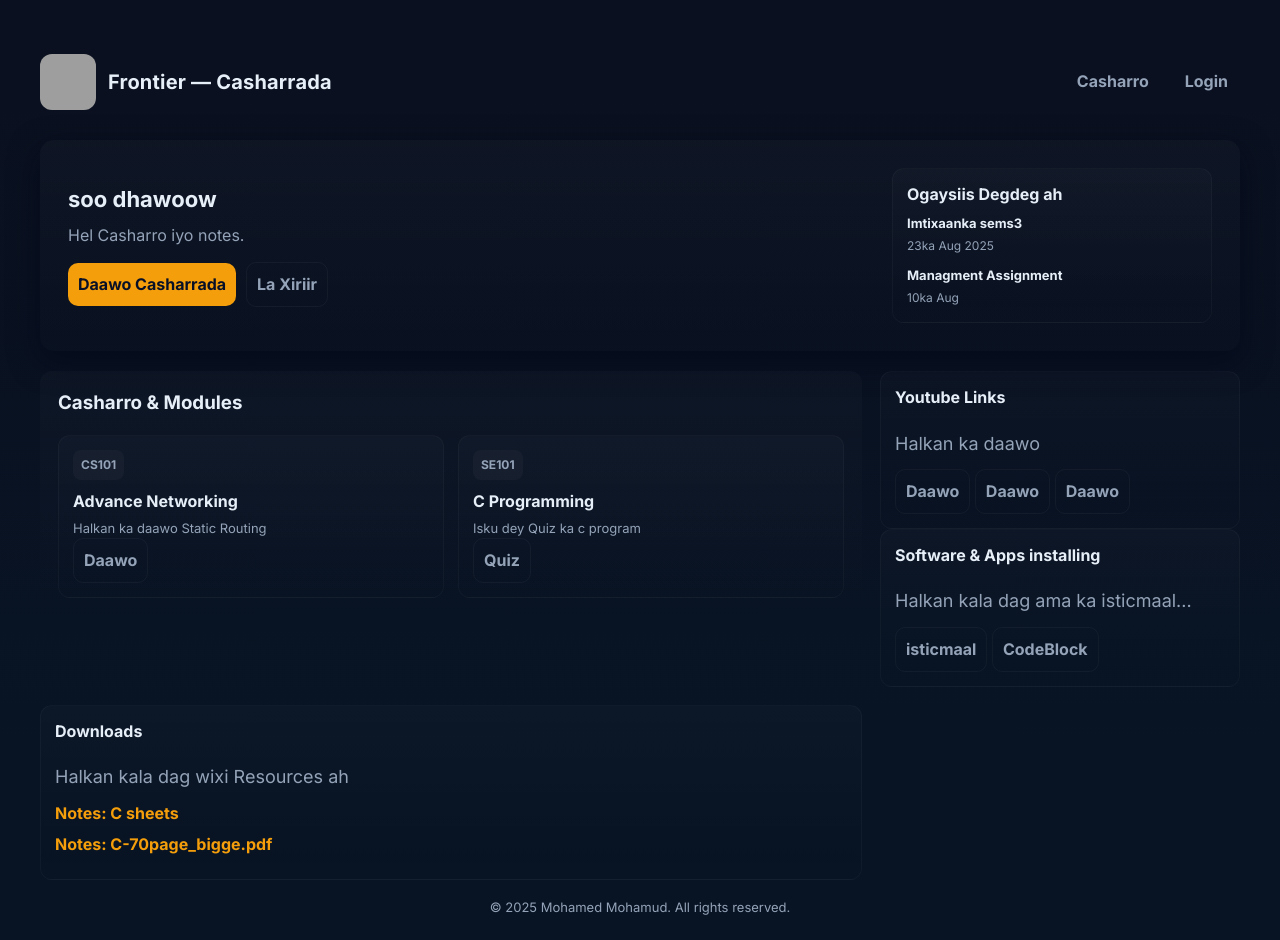
Repository: mrfiiqane/Al-Tacaawun.com
Page: index.html
The author's editor kept a copy of each file at every save. The page is drawn from the files as they stood at one save, then again after the next save.
The browser window is 1280 px wide. The pictures show the whole page.
Pictures or frames that could not be fetched are drawn as grey boxes.

Above is the page before, as saved 2025-08-12 09:02:01.

### index.html
<!doctype html>
<html lang="en">
<head>
  <meta charset="utf-8" />
  <meta name="viewport" content="width=device-width,initial-scale=1" />
  <title>Jaamacadda — Casharrada</title>
  <link rel="stylesheet" href="./style.css">

  <!-- Google Font (optional) -->
  <link href="https://fonts.googleapis.com/css2?family=Inter:wght@300;400;600;700&display=swap" rel="stylesheet">

</head>
<body>
  <div class="wrap">

    <header>
      <div class="brand">
        <div class="logo"></div>
        <div>
          <h1 class="site-title">Frontier — Casharrada</h1>
        </div>
      </div>

      <nav aria-label="Primary">
        <a href="#courses">Casharro</a>
        <a href="./Singin.html">Login</a>
      </nav>
    </header>

    <section class="hero">
      <div class="hero-left">

        <h2>soo dhawoow</h2>
        <p>Hel Casharro iyo notes.</p>

        <div class="cta-row">
          <a class="btn" href="#courses">Daawo Casharrada</a>
          <a class="btn secondary" href="#contact">La Xiriir</a>
        </div>
      </div>

      <div class="hero-right card">
        <h4 style="margin:0 0 8px 0">Ogaysiis Degdeg ah</h4>
        <ul class="ann-list">
          <li class="ann"><div><b>Imtixaanka sems3</b><small> 23ka Aug 2025</small></div></li>
          <li class="ann"><div><b>Managment Assignment</b><small> 10ka Aug</small></div></li>
        </ul>
      </div>
    </section>

    <div class="grid">
      <main>
        <!-- Courses -->
        <div id="courses" class="section">
          <h3 style="margin-top:0">Casharro & Modules</h3>
          <div class="courses">
            <article class="course">
              <span class="code">CS101</span>
              <h3>Advance Networking</h3>
              <p>Halkan ka daawo Static Routing</p>
              <a class="btn secondary" href="https://youtu.be/i_kWL7zncr0?si=UCBDJ3CswC6rXT9E" >Daawo</a>
            </article>
            <article class="course">
              <span class="code">SE101</span>
              <h3>C Programming</h3>
              <p>Isku dey Quiz ka c program</p>
              <a class="btn secondary" href="https://quiz-with-c.vercel.app/" >Quiz</a>
            </article>



          </div>
        </div>



      </main>

      <!-- Sidebar -->
      <aside>
        <div class="card">
          <h4 style="margin-top:0">Youtube Links</h4>
          <p class="site-sub">Halkan ka daawo</p>
          <ul style="margin:12px 0 0 0; padding:0; list-style:none;">
            <a class="btn secondary" href="https://youtu.be/eYBJgoVVvV4" >Daawo</a>
            <a class="btn secondary" href="https://youtu.be/OuTGAZUUJFI" >Daawo</a>
            <a class="btn secondary" href="https://youtu.be/sqkx3KoNXKo" >Daawo</a>
          </ul>
        </div>
        <div class="card">
          <h4 style="margin-top:0">Software & Apps installing</h4>
          <p class="site-sub">Halkan kala dag ama ka isticmaal...</p>
          <ul style="margin:12px 0 0 0; padding:0; list-style:none;">
            <a class="btn secondary" href="https://www.programiz.com/c-programming/online-compiler/" >isticmaal</a>
            <a class="btn secondary" href="https://sourceforge.net/projects/codeblocks/files/Binaries/25.03/Windows/codeblocks-25.03mingw-setup.exe/download" >CodeBlock</a>

          </ul>
        </div>

      </aside>
      <aside>
        <div class="card">
          <h4 style="margin-top:0">Downloads</h4>
          <p class="site-sub">Halkan kala dag wixi Resources ah</p>
          <ul style="margin:12px 0 0 0; padding:0; list-style:none;">
            <li style="margin-bottom:8px"><a href="./images/cheat_sheet_c.pdf" download="" style="color:var(--accent); text-decoration:none; font-weight:700">Notes: C sheets</a></li>
            <li style="margin-bottom:8px"><a href="./images/C-70page-begginers.pdf" download="" style="color:var(--accent); text-decoration:none; font-weight:700">Notes: C-70page_bigge.pdf</a></li>
          </ul>
        </div>

      </aside>
    </div>

    <footer>
      © <span id="year"></span> 2025 Mohamed Mohamud. All rights reserved.
    </footer>

  </div>

</body>
</html>

### style.css
:root{
      --bg:#0f1724;
      --card:#0b1220;
      --accent:#F59E0B;
      --muted:#94a3b8;
      --glass: rgba(255,255,255,0.04);
      --radius:14px;
      --maxw:1200px;
      font-family: "Inter", system-ui, -apple-system, "Segoe UI", Roboto, "Helvetica Neue", Arial;
    }
    *{box-sizing:border-box}
    html,body{
      height:80%
      width:80%
    }
    body{
      margin:0;
      background: linear-gradient(180deg,#0a101f 10%, #081424 80%);
      color:#e6eef8;
      -webkit-font-smoothing:antialiased;
      -moz-osx-font-smoothing:grayscale;  /* //waa maxay */
      line-height:1.45;
      padding:24px;
      display:flex;
      justify-content:center;
    }
    .wrap{
      width:100%;
      max-width:var(--maxw);

    }

    /* Header */
    header{
      display:flex;
      align-items:center;
      justify-content:space-between;
      gap:16px;
      margin: 30px auto;
    }
    .brand{
      display:flex;
      align-items:center;
      gap:12px;
    }
    .logo{
      background-image: url('https://encrypted-tbn0.gstatic.com/images?q=tbn:ANd9GcTuMOF6fEdt8Zlo2HOTVPE4MufJVdZzyfTKlA&s');
      background-size:cover;
      background-position:center;
      background-repeat:no-repeat;
      width:56px;
      height:56px;
      border-radius:12px;
      display:flex;
      align-items:center;
      justify-content:center;
      font-weight:700;
      font-size:20px;
    }
    h1.site-title{
      margin:0;
      font-size:20px;
      letter-spacing:0.2px;
    }
    p.site-sub{ margin:0; color:var(--muted); font-size:18px }

    nav{
      display:flex;
      gap:12px;
      align-items:center;
    }
    nav a{
      color:var(--muted);
      text-decoration:none;
      font-weight:800;
      padding:8px 12px;
      border-radius:10px;
    }
    nav a:hover{ color:#fff; background:var(--glass) }

    /* Hero */
    .hero{
      background: linear-gradient(180deg, rgba(255,255,255,0.02), transparent);
      border-radius: var(--radius);
      padding:28px;
      display:flex;
      gap:24px;
      align-items:center;
      margin-bottom:20px;
      box-shadow: 0 10px 30px rgba(2,6,23,0.6);
    }
    .hero-left{flex:1}
    .hero-right{ width:320px; min-width:220px }
    .hero h2{ margin:0 0 8px 0; font-size:22px }
    .hero p{ margin:0 0 14px 0; color:var(--muted) }

    .cta-row{ display:flex; gap:10px; align-items:center }
    .btn{
      background:var(--accent);
      color:#081028;
      padding:10px;
      border-radius:10px;
      font-weight:700;
      border:none;
      cursor:pointer;
      text-decoration:none;
      display:inline-block;
    }
    .btn.secondary{
      background:transparent;
      color:var(--muted);
      border:1px solid rgba(255,255,255,0.04);
    }

    /* Grid */
    .grid{
      display:grid;
      gap:18px;
      grid-template-columns: 1fr 360px;
    }

    /* Main content */
    main{ background:transparent }
    .section{
      background: linear-gradient(180deg, rgba(255,255,255,0.02), transparent);
      padding:18px;
      border-radius:12px;
      margin-bottom:16px;
    }

    /* Courses */
    .courses{
      display:grid;
      grid-template-columns: repeat(auto-fit,minmax(230px,1fr));
      gap:14px;
    }
    .course{
      background:linear-gradient(180deg, rgba(255,255,255,0.02), transparent);
      padding:14px;
      border-radius:12px;
      border:1px solid rgba(255,255,255,0.03);
      transition:transform .18s ease, box-shadow .18s ease;
    }
    .course:hover{ transform:translateY(-6px); box-shadow:0 12px 30px rgba(2,6,23,0.6) }
    .code{
      display:inline-block;
      background:rgba(255,255,255,0.03);
      padding:6px 8px;
      border-radius:8px;
      color:var(--muted);
      font-weight:700;
      font-size:12px;
    }
    .course h3{ margin:10px 0 6px 0; font-size:16px }
    .course p{ margin:0; color:var(--muted); font-size:13px }

    /* Sidebar cards */
    .card{
      background: linear-gradient(180deg, rgba(255,255,255,0.02), transparent);
      padding:14px;
      border-radius:12px;
      border:1px solid rgba(255,255,255,0.03);
    }
    .ann-list{ list-style:none; margin:0; padding:0; display:flex; flex-direction:column; gap:10px }
    .ann{
      display:flex; gap:10px; align-items:flex-start;
    }
    .ann b{ display:block; font-size:13px }
    .ann small{ color:var(--muted); font-size:12px }

    footer{
      margin-top:18px; text-align:center; color:var(--muted); font-size:13px;
    }

    /* Responsive */
    @media (max-width:768px){
    header{
      display:block;
      align-items:center;
      justify-content:space-around;
      gap:5px;
      margin-bottom:22px;
    }
    .hero, .grid{
      display: flex;
      flex-direction: column;
    }

    nav{
      gap:5px;
      justify-content: end;
    }
    .btn{
      padding:10px;
    }

    }

After the next save:
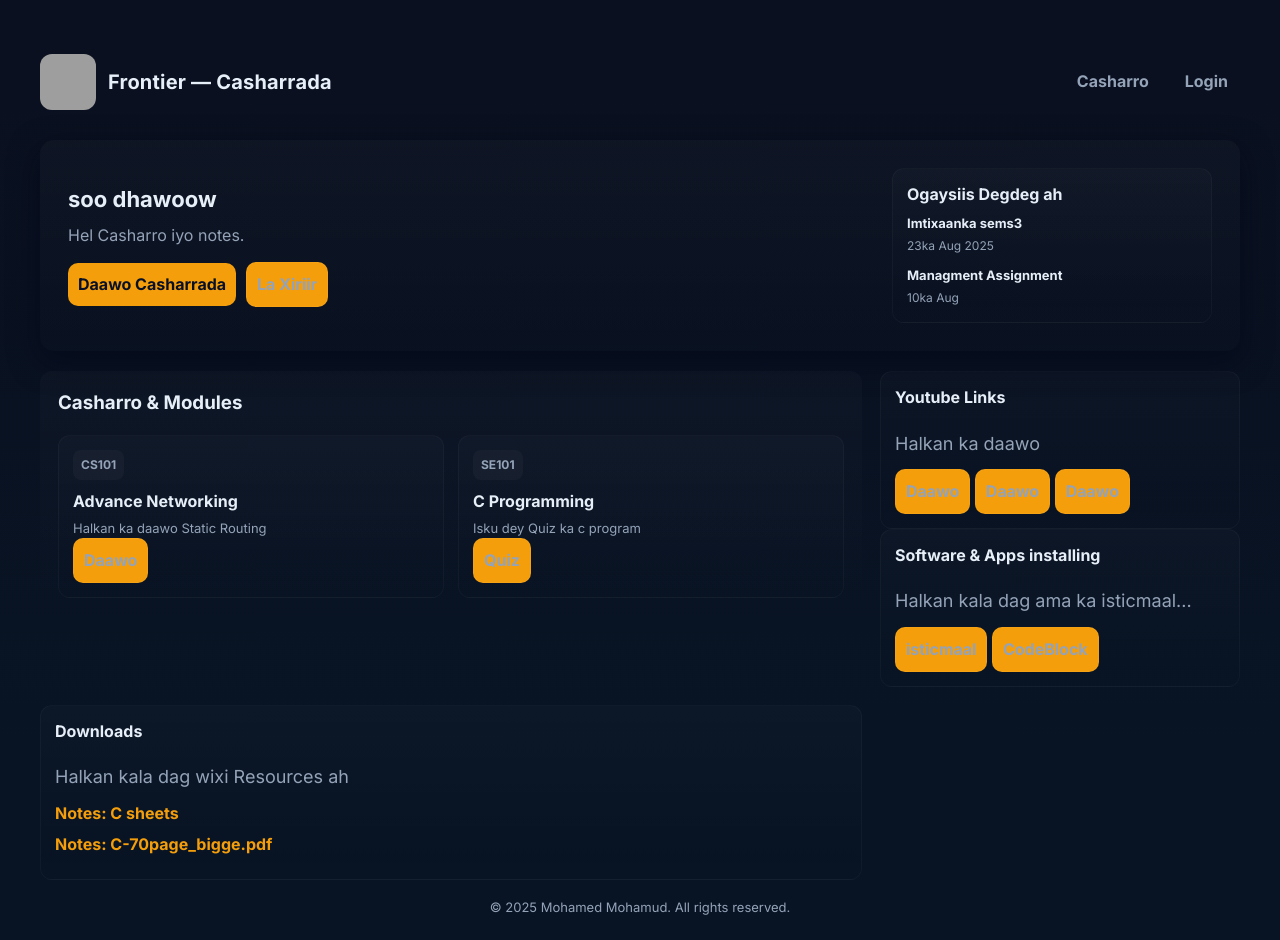
Saved 17 s later.
--- a/style.css
+++ b/style.css
@@ -107,7 +107,7 @@
       display:inline-block;
     }
     .btn.secondary{
-      background:transparent;
+
       color:var(--muted);
       border:1px solid rgba(255,255,255,0.04);
     }

After the save that followed:
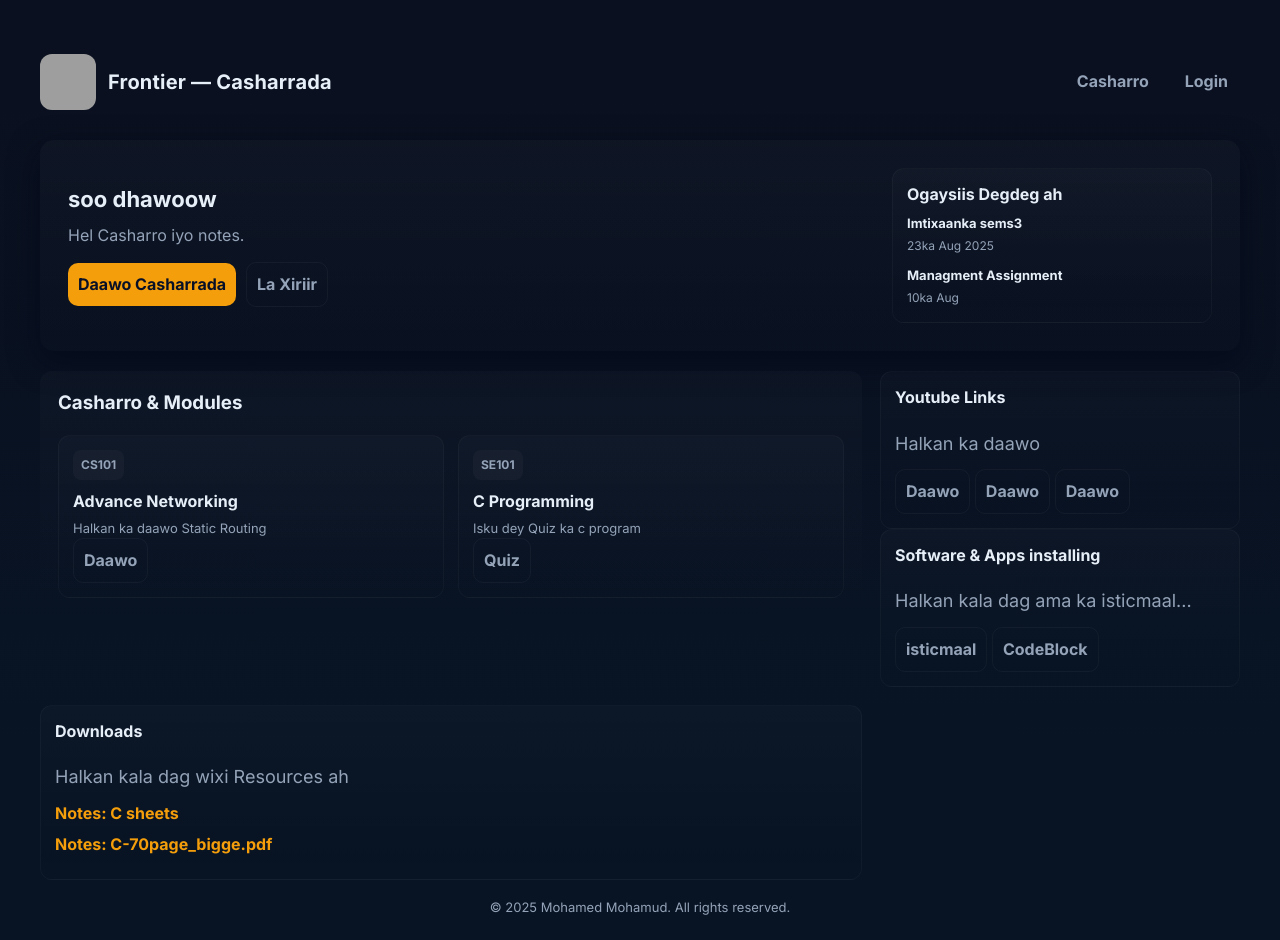
Saved 9 s later.
--- a/style.css
+++ b/style.css
@@ -107,7 +107,7 @@
       display:inline-block;
     }
     .btn.secondary{
-
+      background:transparent;
       color:var(--muted);
       border:1px solid rgba(255,255,255,0.04);
     }
